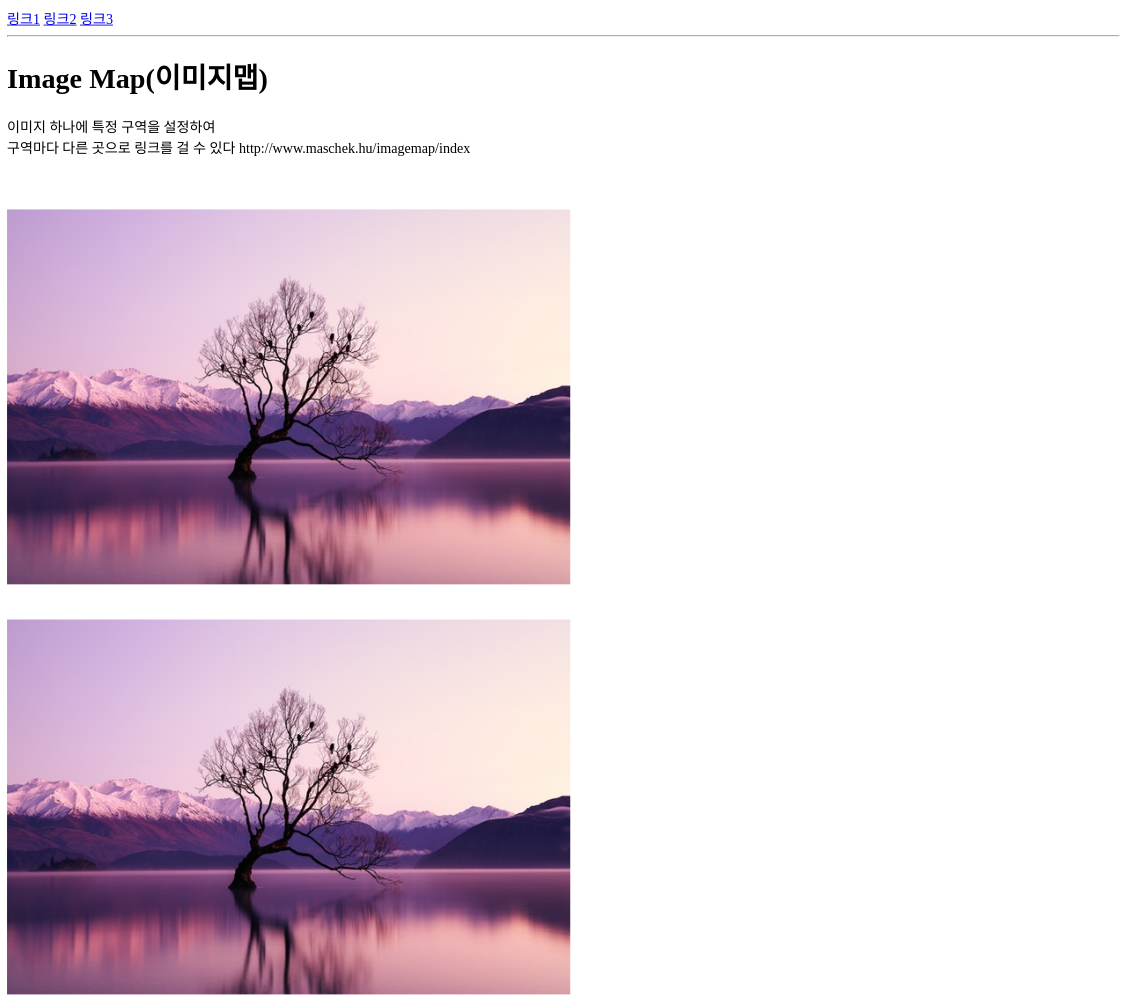
Repository: ReadStar/Web
Page: Html/html5/WebContent/a-2.html
The author's editor kept a copy of each file at every save. The page is drawn from the files as they stood at one save, then again after the next save.
The browser window is 1280 px wide. The pictures show the whole page, at 88% of full size.

Above is the page before, as saved 2020-08-27 07:57:39.

After the next save:
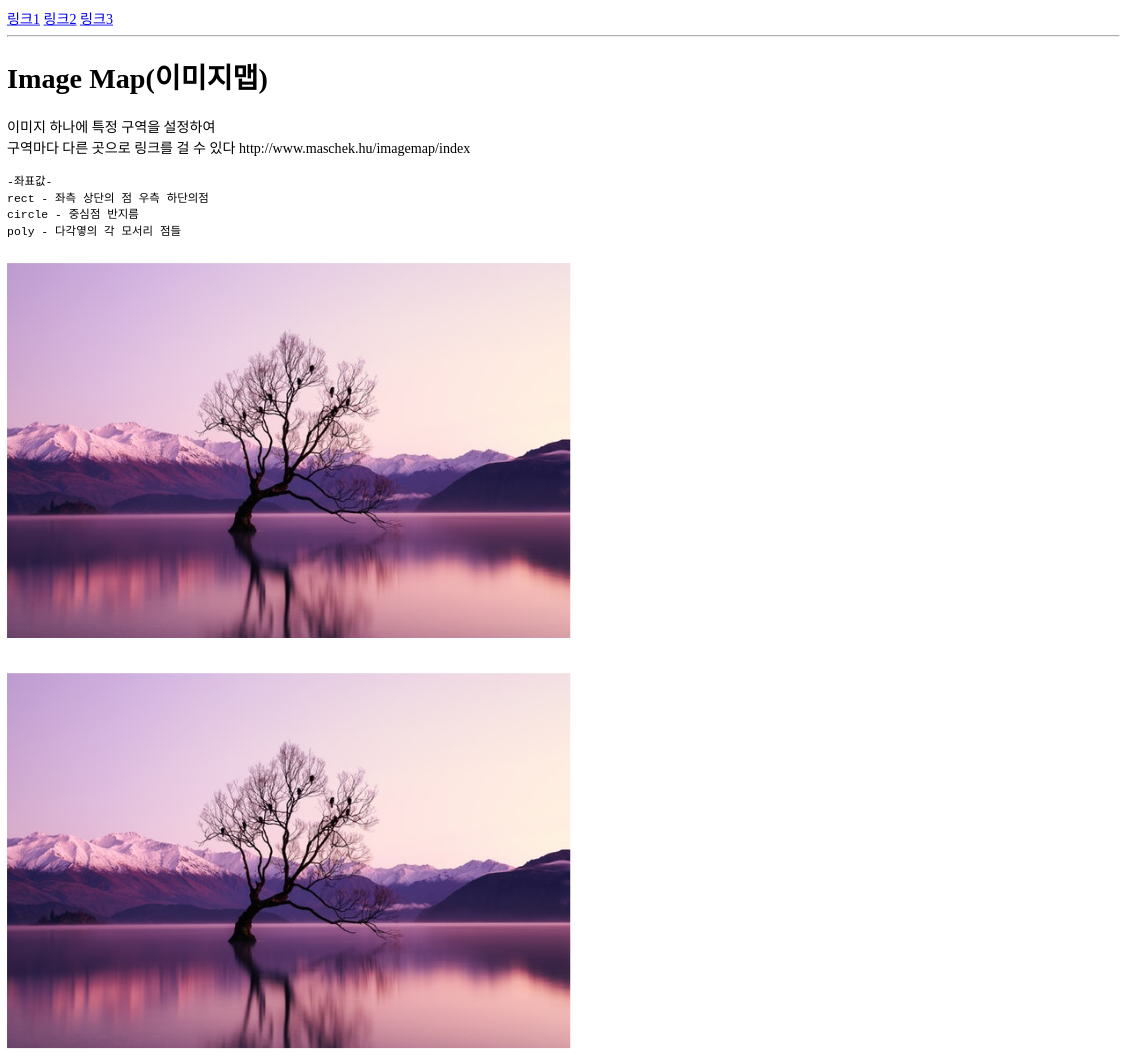
Saved 31 s later.
--- a/Html/html5/WebContent/a-2.html
+++ b/Html/html5/WebContent/a-2.html
@@ -17,7 +17,10 @@
 구역마다 다른 곳으로 링크를 걸 수 있다
 http://www.maschek.hu/imagemap/index</p>
 <pre>
-
+-좌표값-
+rect - 좌측 상단의 점 우측 하단의점
+circle - 중심점 반지름
+poly - 다각옇의 각 모서리 점들
 
 </pre>
 
